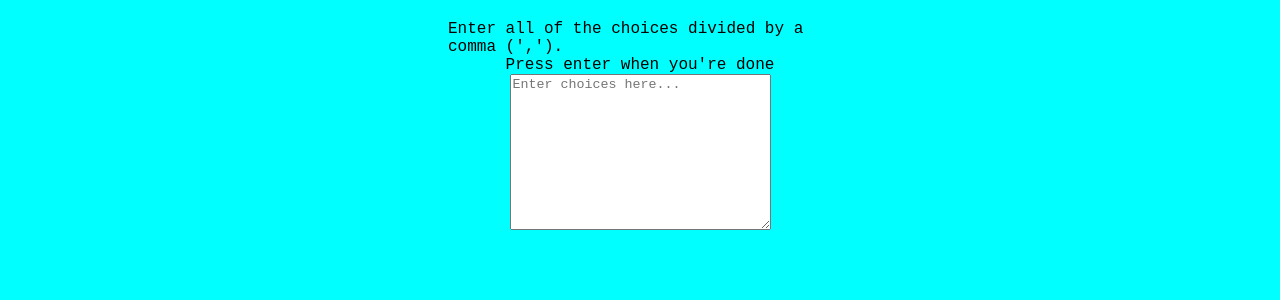
Repository: MMXiaohang/50projects50days-copy
Page: 13-random-choice-picker/1-index.html
These files come from the project's save history. The page is drawn as it stood at one moment and after the next save; the edit follows.
The browser window is 1280 px wide. The pictures show the whole page.

Above is the page before, as saved 2022-07-24 08:57:46.

### 13-random-choice-picker/1-index.html
<!DOCTYPE html>
<html lang="en">
<head>
    <meta charset="UTF-8">
    <meta http-equiv="X-UA-Compatible" content="IE=edge">
    <meta name="viewport" content="width=device-width, initial-scale=1.0">
    <link rel="stylesheet" href="./1-style.css">
    <title>Document</title>
</head>
<body>
    <div class="container">
        <p>Enter all of the choices divided by a comma (','). </p>
        <p>Press enter when you're done</p>
        <textarea name="text" id="ta-text" cols="30" rows="10" placeholder="Enter choices here..."></textarea>
        <script src="./1-script.js"></script>
    </div>
</body>
</html>

### 13-random-choice-picker/1-style.css
*{
    box-sizing: border-box;
    margin: 0;
}

body {
    font-family: 'Courier New', Courier, monospace;
    background-color: aqua;
    display: flex;
    justify-content: center;
    align-items: center;
}

.container {
    max-width: 30%;
    display: flex;
    flex-direction: column;
    justify-content: center;
    align-items: center;
    padding: 20px 0;
}

Loaded but not shown: 13-random-choice-picker/1-script.js (no stored copy; drawn as an empty file)

After the next save:
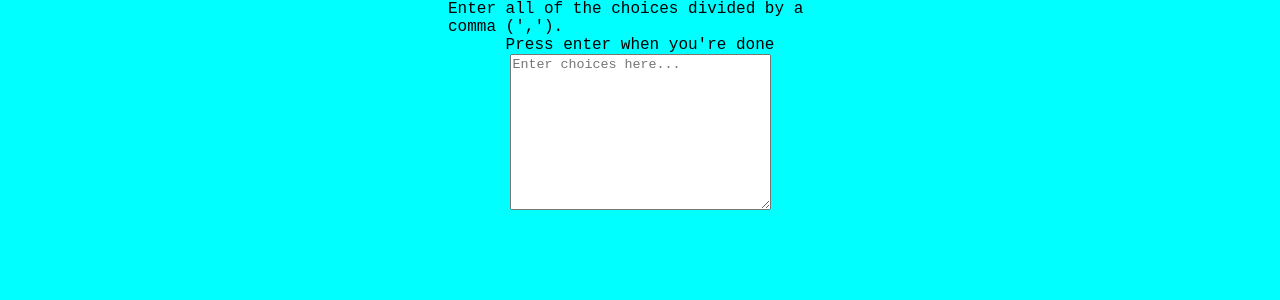
Saved 13 s later.
--- a/13-random-choice-picker/1-style.css
+++ b/13-random-choice-picker/1-style.css
@@ -17,5 +17,5 @@ body {
     flex-direction: column;
     justify-content: center;
     align-items: center;
-    padding: 20px 0;
+    background-color: aqua;
 }
